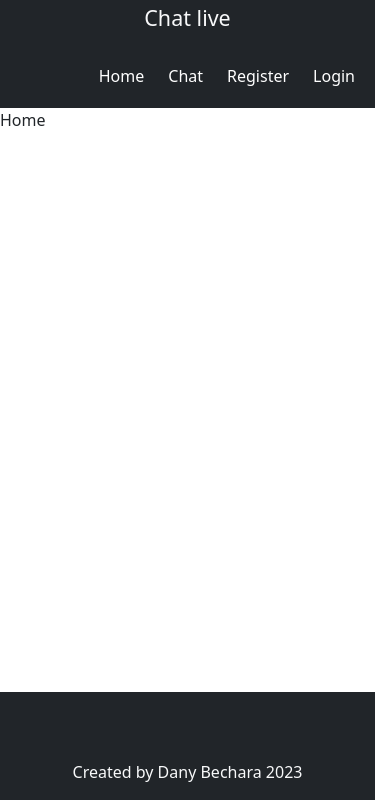
Repository: bechara611/chatv2
Page: /
An editor plug-in stored every save of this project. The page is shown before and after the next save, followed by the edit.
The browser window is 375 px wide. The pictures show the whole page.
The project was rebuilt for these pictures with package versions that can differ from the ones it lists, and the page was loaded fresh each time. Also part of the build but not shown: src/auth/components/login.jsx, src/auth/components/register.jsx.

Above is the page before, as saved 2023-03-02 17:46:00.

### src/index.js
import React from 'react';
import ReactDOM from 'react-dom/client';
import './index.css';
import App from './App';
import { BrowserRouter } from 'react-router-dom';
import 'bootstrap/dist/css/bootstrap.min.css'
import 'bootstrap/dist/js/bootstrap.bundle.js'

const root = ReactDOM.createRoot(document.getElementById('root'));
root.render(
  <BrowserRouter>
    <App />
    </BrowserRouter>
);

### src/App.js
import React from 'react'
import { Rutas } from './Router/Routes';
import { Header } from './ui/components/Header';
import './App.css'
import { Footer } from './ui/components/Footer';
const App = () => {
  return (
    <>
      <div className="contenedor-completo">
        <Header></Header>
        <Rutas></Rutas>
       <Footer></Footer>

      </div>
    </>
  )
}
export default App;

### src/Router/Routes.jsx
import React from 'react'
import { Navigate, Route, Routes } from 'react-router-dom'
import { Login } from '../auth/components/login'
import { Register } from '../auth/components/register'
import { Home } from '../ui/components/Home'

export const Rutas = () => {

    return (

        <Routes>
            <Route path='/' element={<Home></Home>}></Route>
            <Route path='/login' element={<Login></Login>}></Route>
            <Route path='/register' element={<Register></Register>}></Route>
            <Route path='/chat' element={<h1>chat</h1>}></Route>
            <Route path='/*' element={<Navigate to={'/'}></Navigate>}></Route>
        </Routes>

    )
}

### src/ui/components/Header.jsx
import React from 'react'
import { NavLink } from 'react-router-dom'
import './Header.css'
export const Header = () => {
  return (
    <>

      <div className=" bg-dark contenedor-header col-12">
        <div className="titulo-header col-sm-4 col-12">
          <h4 className='text-light'>Chat live</h4>

        </div>
        <div className="col-sm-8 col-12  contenedor-menu">
          <nav className=' m-2 nav'>
            <NavLink className='item-menu' to={'/'}>Home</NavLink>
            <NavLink className='item-menu' to={'/chat'}>Chat</NavLink>
            <NavLink className='item-menu' to={'/register'}>Register</NavLink>
            <NavLink className='item-menu' to={'/login'}>Login</NavLink>
          </nav>
        </div>




      </div>
    </>

  )
}

### src/App.css
.contenedor-completo{
    min-height: 100vh;
   position: relative;
}

### src/ui/components/Footer.jsx
import React from 'react'
import './Footer.css'


let linkdn="https://linkedin.com/in/DanyBechara";
let correo="mailto:bechara611@gmail.com";
let blank='_blank';
let github='https://github.com/bechara611';
let whatssap='https://wa.me/584120361952';

export const Footer = () => {
  return (
    <>
      {/*Aca este footer le estamos colocando una posicion absolute y a su padre relativa para poder ubicarlo al final de su div padre */}
      <div className="footer col-12 mt-5 pt-1 bg-dark">
      <a href={linkdn} target={blank} className='animate__animated animate__lightSpeedInLeft'><i className=" linkdin fa-brands fa-linkedin iconoRedes"></i></a>
      <a href={whatssap} target={blank}  className='animate__animated animate__lightSpeedInLeft'><i className="whatssap fa-brands fa-whatsapp iconoRedes"></i></a>
      <a href={correo} target={blank}  className='animate__animated animate__lightSpeedInLeft'><i className="gmail fa-solid  fa-envelope iconoRedes"></i></a>
      <a href={github} target={blank}  className='  animate__animated animate__lightSpeedInLeft'><i className=" github fa-brands fa-github iconoRedes"></i></a>

     <div className="col-12 contenedor-mensaje-footer mt-1">
     <div className="col-12 contenedor-mensaje-footer">
     <p className='mensaje text-light'>Created by Dany Bechara {new Date().getFullYear().toString()}</p>
     </div>

     </div>
      </div>
    </>

  )
}

### src/ui/components/Header.css
.contenedor-header{
    display: flex;
    flex-direction: row;
    flex-wrap: wrap;
}
.titulo-header{
    text-align: center;
    padding: 5px;
    display: flex;
    flex-direction: row;
    justify-content: center;
    align-items: center;
    align-self: center;
}
.contenedor-menu{
    display: flex;
    flex-direction: row;
    flex-wrap: nowrap;
    justify-content: flex-end;

}
.item-menu{
   margin: 5px;
   text-decoration: none;
   color: white;
  transition: all 1s ease;
   padding: 7px;
   border-radius: 20px;
}
.item-menu:hover{
    text-decoration: none;
    background: rgb(40, 139, 196);
    color: white;
}

@media(max-width:577px){
    .item-menu{
        justify-content: center;
        text-align: center;
        align-self: center;
        align-items: center;
    }
}

### src/ui/components/Footer.css
.footer {

    background: #e5e5e5;
    position: absolute;
    bottom: 0%;
    display: flex;
    flex-direction: row;
    justify-content: center;
    text-align: center;
    align-items: center;
    justify-items: center;
    flex-wrap: wrap;

}


.iconoRedes {
    font-size: 40px;
    padding-left: 10px;
    margin: 5px;

}

.github:hover {
    color: #4b3074;

}
.github{
    color: #6e5494;
}

.whatssap:hover {
    color: #0c903c;
}
.whatssap{
    color: #25d366;

}

.gmail:hover {
    color: #e65f5f;
}

.gmail{
    color: #cc0000;
}

.linkdin:hover {
    color: #0780ac;
}

.linkdin{
    color: #0377a1;
}

.contenedor-mensaje-footer {
    display: flex;
    flex-direction: row;
    justify-content: center;
    text-align: center;
    align-items: center;
    justify-items: center;
}

/*?RESPONSIVE*/

@media(max-width:255px) {
    .iconoRedes {
        font-size: 30px;
        padding-left: 5px;
    }

    .mensaje {
        font-size: 10px;
    }
}

Loaded but not shown: src/index.css (common file); src/ui/components/Home.jsx (common file)

After the next save:
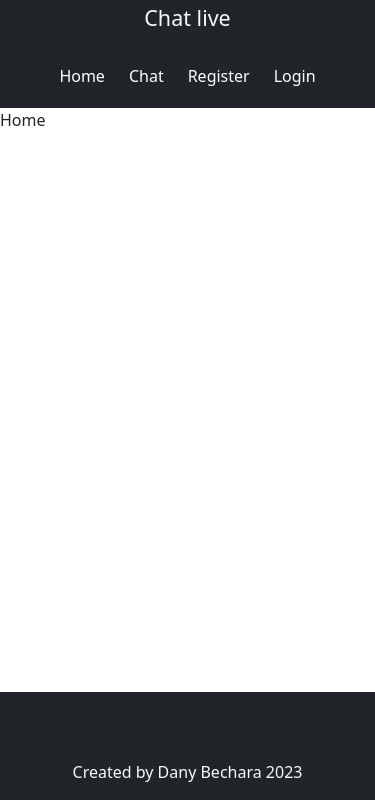
Saved 28 s later.
--- a/src/ui/components/Header.css
+++ b/src/ui/components/Header.css
@@ -34,7 +34,7 @@
 }
 
 @media(max-width:577px){
-    .item-menu{
+.contenedor-menu{
         justify-content: center;
         text-align: center;
         align-self: center;
